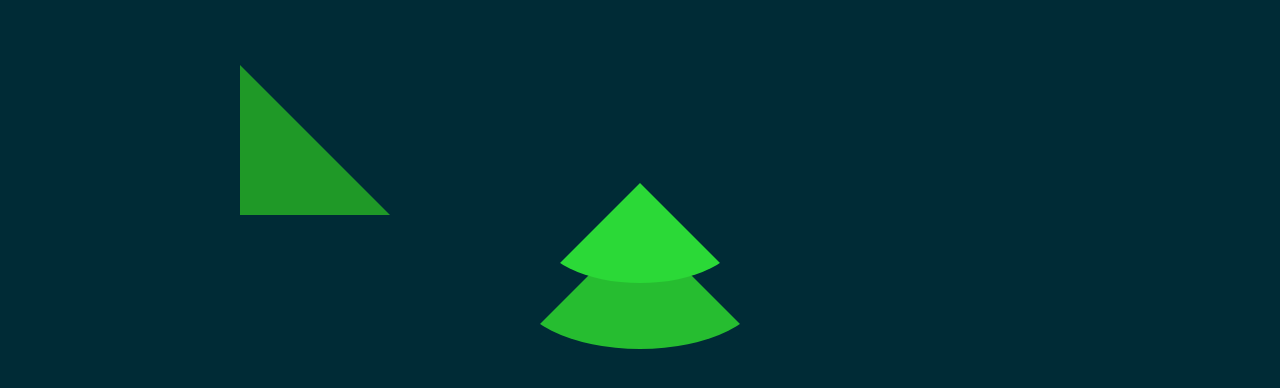
Repository: supakorn5039-boon/Christmas
Page: index.html
The author's editor kept a copy of each file at every save. The page is drawn from the files as they stood at one save, then again after the next save.
The browser window is 1280 px wide. The pictures show the whole page.

Above is the page before, as saved 2023-12-25 08:42:50.

### index.html
<!DOCTYPE html>
<html lang="en">
  <head>
    <meta charset="UTF-8" />
    <meta http-equiv="X-UA-Compatible" content="IE=edge" />
    <meta name="viewport" content="width=device-width, initial-scale=1.0" />
    <link rel="stylesheet" href="styles.css" />
  </head>
  <body>
    <div class="xmas-tree">
      <div class="start">
        <i class="fa-solid fa-star"></i>
      </div>
      <div class="t1"></div>
      <div class="t2"></div>
      <div class="t3"></div>
      <div class="stem"></div>
      <div class="snow-ground"></div>
    </div>
  </body>
  <script href="index.js"></script>
</html>

### styles.css
body {
  height: 100vh;
  margin: 0;
  background: #002b36;
  overflow: hidden;
  display: grid;
  place-items: center;
}

.xmas-tree {
  position: relative;
  width: 500px;
  height: 590px;
  z-index: -2;
}

.star {
  z-index: 3;
  position: absolute;
  color: #fffc00;
  font-style: 40px;
  text-shadow: 0 0 20px #fffc00;
  left: 50%;
  top: 15%;
  margin-left: -22px;
  animation: spin 2s infinite linear forwards;
}

@keyframes spin {
  to {
    transform: rotate(1turn);
  }
}

.t1 {
  position: absolute;
  z-index: 2;
  border-bottom: 100px solid #2bd937;
  margin-left: -100px;
  border-right: 100px solid transparent;
  border-left: 100px solid transparent;
  border-bottom-left-radius: 50%;
  border-bottom-right-radius: 50%;
  top: 20%;
  left: 50%;
}
.t2 {
  position: absolute;
  z-index: 1;
  border-bottom: 125px solid #26bd30;
  margin-left: -125px;
  border-right: 125px solid transparent;
  border-left: 125px solid transparent;
  border-bottom-right-radius: 50%;
  border-bottom-left-radius: 50%;
  top: 27%;
  left: 50%;

}

.t3{
    position: absolute;
    border-bottom: 150px solid #1f9927;
    margin-left: -150px;
    border-right:  150px solid transparent;
    border-left:  ;
}

After the next save:
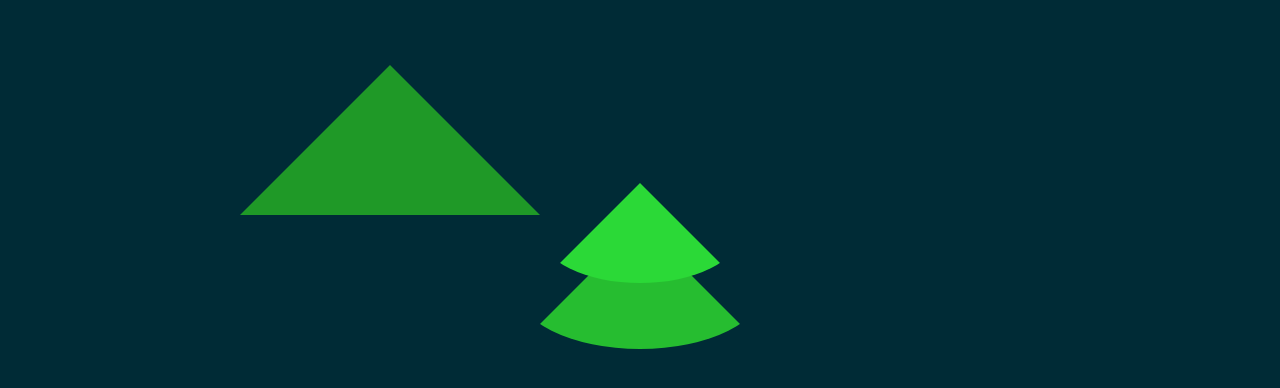
Saved 5 s later.
--- a/styles.css
+++ b/styles.css
@@ -63,5 +63,6 @@
     border-bottom: 150px solid #1f9927;
     margin-left: -150px;
     border-right:  150px solid transparent;
-    border-left:  ;
+    border-left:  150px solid transparent;
+
 }
